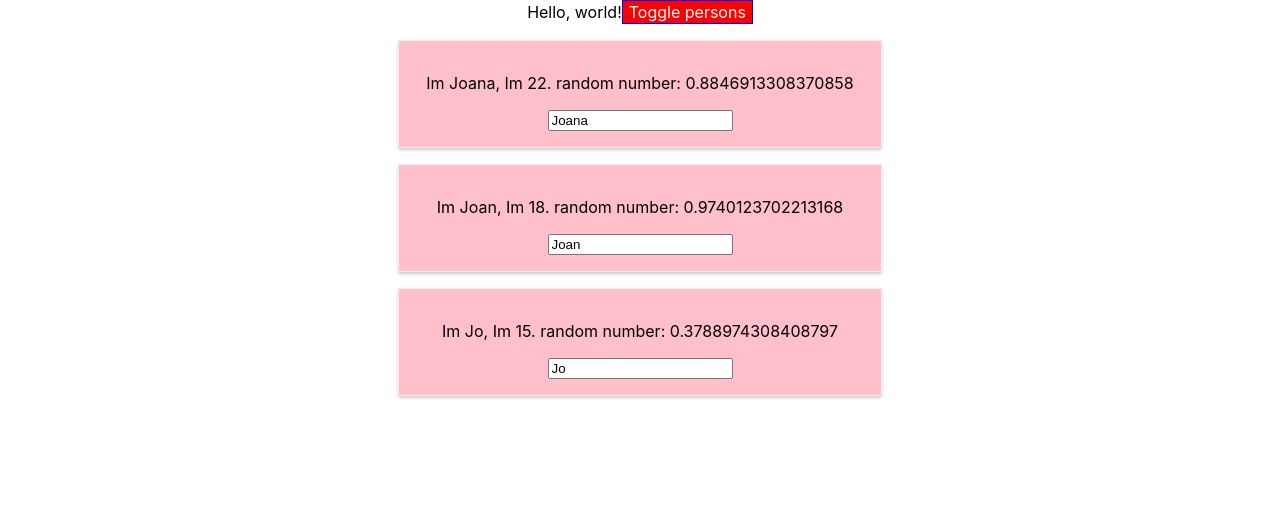
Repository: LironBlum/reactFirstApp
Page: /
An editor plug-in stored every save of this project. The page is shown before and after the next save, followed by the edit.
The browser window is 1280 px wide. The pictures show the whole page.
The project was rebuilt for these pictures with package versions that can differ from the ones it lists, and the page was loaded fresh each time. Also part of the build but not shown: src/components/ErrorBoundary/ErrorBoundary.jsx.

Above is the page before, as saved 2020-09-20 21:53:15.

### src/index.js
import React from 'react';
import ReactDOM from 'react-dom';
import './index.css';
import App from './containers/App';
import * as serviceWorker from './serviceWorker';

ReactDOM.render(
  <React.StrictMode>
    <App appTitle='Person manager' />
  </React.StrictMode>,
  document.getElementById('root')
);

// If you want your app to work offline and load faster, you can change
// unregister() to register() below. Note this comes with some pitfalls.
// Learn more about service workers: https://bit.ly/CRA-PWA
serviceWorker.unregister();

### src/containers/App.js
import React, { Component } from 'react';
import Persons from '../components/Persons/Persons';
import './App.css';
import Cockpit from '../components/Cockpit/Cockpit';

class App extends Component {
  state = {
    persons: [
      { id: '1', name: 'Joana', age: 22 },
      { id: '2', name: 'Joan', age: 18 },
      { id: '3', name: 'Jo', age: 15 },
    ],
    isShowPersons: true
  }

  // Two way binding example
  handleNameChangeByClick = (newName) => {
    console.log("handleNameChangeByClick executed");
    this.setState({
      persons: [{ id: '1', name: newName, age: 22 },
      { id: '2', name: newName, age: 18 },
      { id: '3', name: newName, age: 15 }]
    })
  }

  handleNameChange = (event, id) => {
    console.log("handleNameChange executed");
    const person_index = this.state.persons.findIndex(person => {
      return person.id === id;
    });

    const chosen_person = {
      ...this.state.persons[person_index] //create new object and not mutate the state directly
    };

    chosen_person.name = event.target.value;
    const persons = [...this.state.persons];
    persons[person_index] = chosen_person;

    this.setState({
      persons: persons
    })
  }
  togglePersonsHandler = (event, id) => {
    console.log("togglePersonsHandler executed");
    const is_show = this.state.isShowPersons;
    this.setState({ isShowPersons: !is_show });
  }

  deletePersonHandler = (persons_index) => {
    console.log("deletePersonHandler executed")
    const persons = [...this.state.persons];
    persons.splice(persons_index, 1);
    this.setState({ persons: persons });
  }

  render() {
    let persons = null;
    if (this.state.isShowPersons) {
      persons = (
        <div>
          <Persons
            persons={this.state.persons}
            clicked={this.deletePersonHandler}
            changed={this.handleNameChange} />
        </div>
      );
    }

    return (
      <div className="App">
        <Cockpit
          title={this.props.appTitle}
          persons={this.state.persons}
          isShowPersons={this.state.isShowPersons}
          clicked={this.togglePersonsHandler}
        />
        {persons}
      </div>
    );
  }
}

export default App;

### src/components/Persons/Persons.jsx
import React from "react";
import ErrorBoundary from "./../ErrorBoundary/ErrorBoundary";
import Person from "./Person/Person";

const persons = props =>
  props.persons.map((person, index) => {
    return (
      <ErrorBoundary key={person.id}>
        <Person
          click={() => props.clicked(index)}
          name={person.name}
          age={person.age}
          changed={event => props.changed(event, person.id)}
        />
      </ErrorBoundary>
    );
  });

export default persons;

### src/components/Cockpit/Cockpit.jsx
import React from "react";
import styled from "styled-components";

const StyledButten = styled.button`
  background-color: ${props => (props.alt ? "red" : "green")};
  color: white;
  font: inherit;
  border: 1px solid blue;
  padings: 8px;
  cursor: pointer;

  &:hover {
    background-color: lightgreen;
    color: black;
  }
`;
const cockpit = props => {
  const classes = [];
  if (props.persons.length <= 2) {
    classes.push("red");
  }
  if (props.persons.length <= 1) {
    classes.push("bold");
  }
  return (
    <div>
      <p1 className={classes.join(" ")}>Hello, world!</p1>
      <StyledButten alt={props.isShowPersons} onClick={props.clicked}>
        Toggle persons
      </StyledButten>
    </div>
  );
};
export default cockpit;

### src/components/Persons/Person/Person.jsx
import React from "react";
//import "./Person.css";
import styled from "styled-components";

const StyledDiv = styled.div`
  width: 60%;
  margin: 16px auto;
  border: 1px solid #eee;
  box-shadow: 0 2px 3px #ccc;
  padding: 16px;
  text-align: center;
  background-color: pink;

  @media (min-width: 50px) {
    width: 450px;
  }
`;

const person = props => {
  return (
    //allows multi lines
    //<div className="Person" style={style}>
    <StyledDiv>
      <p onClick={props.click}>
        Im {props.name}, Im {props.age}. random number: {Math.random()}
      </p>
      <p>{props.children}</p>
      <input type="text" onChange={props.changed} value={props.name} />
    </StyledDiv>
  ); //random number: example for inserting one line expression with {}
};

export default person;

Loaded but not shown: public/index.html (common file); src/index.css (common file); src/serviceWorker.js (common file); src/containers/App.css (common file)

After the next save:
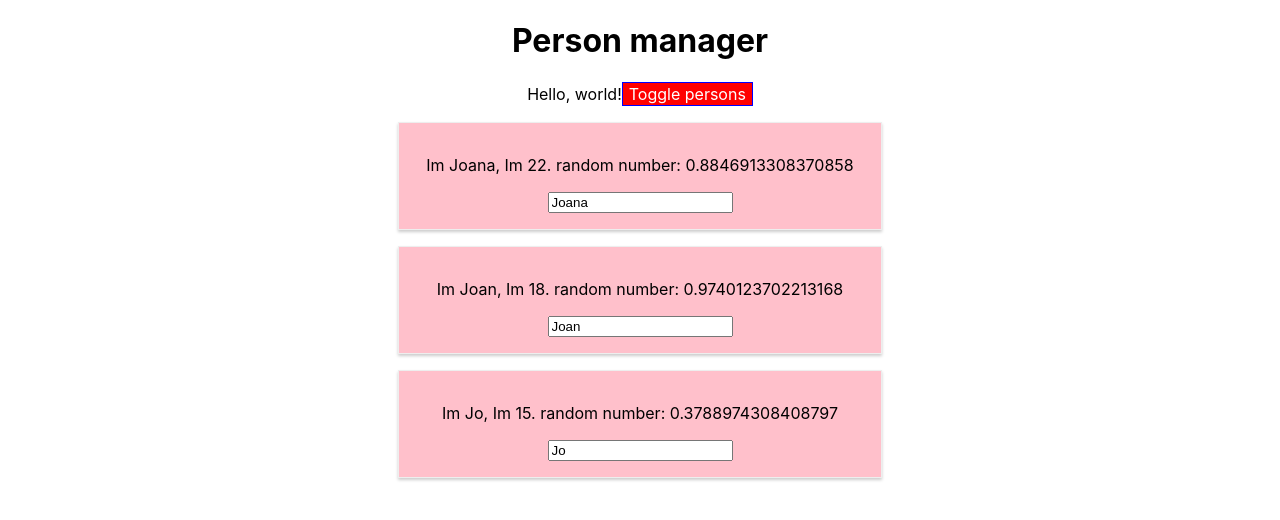
Saved 79 s later.
--- a/src/components/Cockpit/Cockpit.jsx
+++ b/src/components/Cockpit/Cockpit.jsx
@@ -24,6 +24,7 @@ const cockpit = props => {
   }
   return (
     <div>
+      <h1>{props.title}</h1>
       <p1 className={classes.join(" ")}>Hello, world!</p1>
       <StyledButten alt={props.isShowPersons} onClick={props.clicked}>
         Toggle persons
